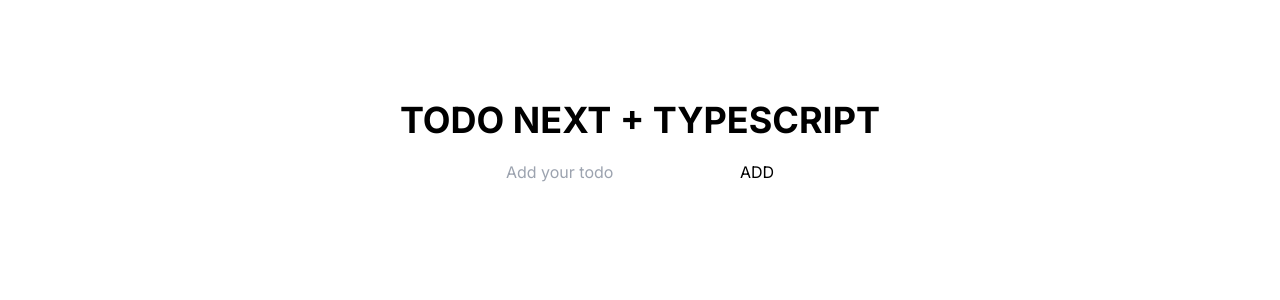
Repository: mehh000/next-ts-todo
Page: /
An editor plug-in stored every save of this project. The page is shown before and after a run of saves, followed by the edit.
The browser window is 1280 px wide. The pictures show the whole page.
The project was rebuilt for these pictures with package versions that can differ from the ones it lists, and the page was loaded fresh each time. The framework's server and built-in components were replaced by stand-ins that run in the browser. Also part of the build but not shown: next.config.mjs.

Above is the page before, as saved 2024-06-15 19:47:32.

### src/app/layout.tsx
import type { Metadata } from "next";
import { Inter } from "next/font/google";
import "./globals.css";
import { TodoProvider } from "./Context/store/add-todos";

const inter = Inter({ subsets: ["latin"] });

export const metadata: Metadata = {
  title: "Create Next App",
  description: "Generated by create next app",
};

export default function RootLayout({
  children,
}: Readonly<{
  children: React.ReactNode;
}>) {
  return (
    <html lang="en">
      <body className={inter.className}>
        <TodoProvider>{children}</TodoProvider>
      </body>
    </html>
  );
}

### src/app/page.tsx
import TODOS from "@/components/TODOS";
import AddTODO from "@/components/add-todo";
import React from "react";

const Page = () => {
  return (
    <main className="flex items-center flex-col mt-[100px] gap-5 " >
      <h2 className=" font-bold text-4xl  ">TODO NEXT + TYPESCRIPT</h2>
      <AddTODO />
      <TODOS />
    </main>
  );
};

export default Page;

### src/app/Context/store/add-todos.tsx
'use client'


import { ReactNode, createContext, useContext, useState } from "react";

export type Todo = {
  id: string;
  task: string;
  completed: boolean;
  createdAt: Date;
};

type TodosContextType = {
  todos: Todo[];
  handleAddTodo: (task: string) => void;
  toggleTodosCompleted: (id: string) => void;
  handleTodoClicke: (id: string) => void;
};

//i made the context now need tp make the Provider
export const todosContext = createContext<TodosContextType | undefined>(
  undefined
);

//this is the  provider

export const TodoProvider = ({children}: { children: ReactNode }) => {
  const [todos, setTodos] = useState<Todo[]>([]);

  const handleAddTodo = (task: string) => {
    const newTodo: Todo = {
      id: Math.random().toString(),
      task,
      completed: false,
      createdAt: new Date(),
    };
    setTodos((prevTodos) => [newTodo, ...prevTodos]);
  };


  const toggleTodosCompleted = (id: string) => {
    setTodos((prevTodos) =>
      prevTodos.map((todo) =>
        todo.id === id ? { ...todo, completed: !todo.completed } : todo
      )
    );
  };

  const handleTodoClicke = (id: string) => {
    setTodos((prevTodos) => prevTodos.filter((todo) => todo.id !== id));
  };

  return (
    <todosContext.Provider value={{
      todos,
     handleAddTodo,
     toggleTodosCompleted,
     handleTodoClicke,
      }}>
      {children}
    </todosContext.Provider>
  );
};
export const useTodoContext = () => useContext(todosContext)

### src/components/TODOS.tsx
"use client";

import React from "react";
import { useTodoContext } from "@/app/Context/store/add-todos";

const TODOS = () => {
  const { todos,toggleTodosCompleted,handleTodoClicke } = useTodoContext();
  const fltertodo = todos;

  return (
    <ul className="">
      {fltertodo.map((todo) => {
        return (
          <li className="" key={todo.id}>
            <input
              type="checkbox"
              name=""
              id={`todo-${todo.id}`}
              checked={todo.completed}
              onChange={() => toggleTodosCompleted(todo.id)}
            />
            <label htmlFor={`todo-${todo.id}`}>{todo.task}</label>
            {todo.completed && (
              <button type="button" onClick={() => handleTodoClicke(todo.id)}>
                Delete
              </button>
            )}
          </li>
        );
      })}
    </ul>
  );
};

export default TODOS;

### src/components/add-todo.tsx
// components/AddTODO.tsx

'use client';

import React, { useState } from "react";
import { useTodoContext } from "@/app/Context/store/add-todos"; // Adjust the path according to your project structure

const AddTODO: React.FC = () => {
  const { handleAddTodo } = useTodoContext();

  const [todo, setTodo] = useState<string>("");

  const handleSubmit = (e: React.FormEvent<HTMLFormElement>) => {
    e.preventDefault();
    handleAddTodo(todo);
    setTodo("");
  };

  return (
    <form onSubmit={handleSubmit} className="">
      <input
        type="text"
        placeholder="Add your todo"
        className=""
        value={todo}
        onChange={(event) => setTodo(event.target.value)}
      />
      <button type="submit" className="">
        ADD
      </button>
    </form>
  );
};

export default AddTODO;

Loaded but not shown: src/app/globals.css (common file); tailwind.config.ts (common file)

After the next 2 saves:
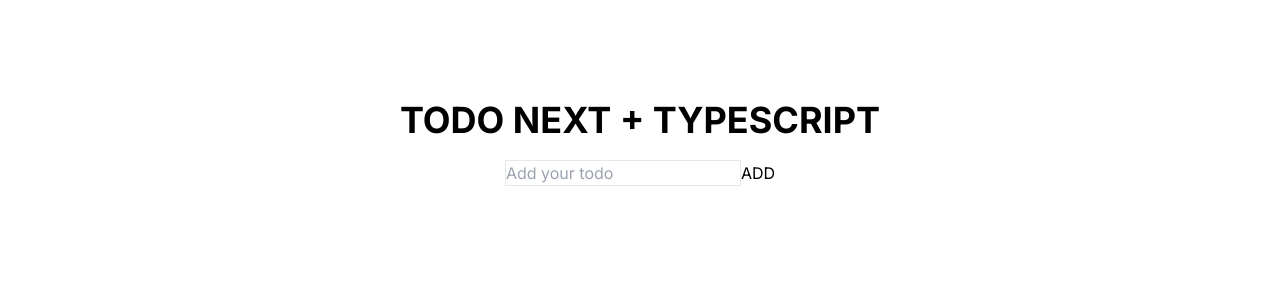
The 2 saves are shown as one change because they came seconds apart.
The last was saved 57 s later.
--- a/src/components/add-todo.tsx
+++ b/src/components/add-todo.tsx
@@ -21,7 +21,7 @@
       <input
         type="text"
         placeholder="Add your todo"
-        className=""
+        className=" border "
         value={todo}
         onChange={(event) => setTodo(event.target.value)}
       />

After the save that followed:
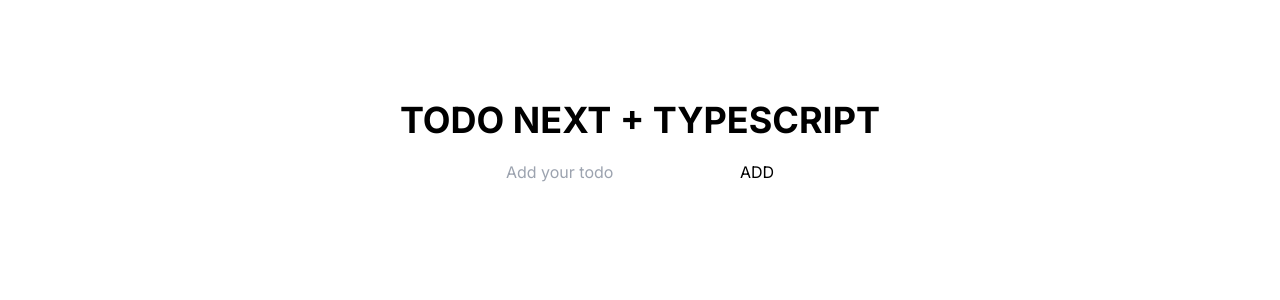
Saved 4 s later.
--- a/src/components/add-todo.tsx
+++ b/src/components/add-todo.tsx
@@ -21,7 +21,7 @@
       <input
         type="text"
         placeholder="Add your todo"
-        className=" border "
+        className=" border- "
         value={todo}
         onChange={(event) => setTodo(event.target.value)}
       />
